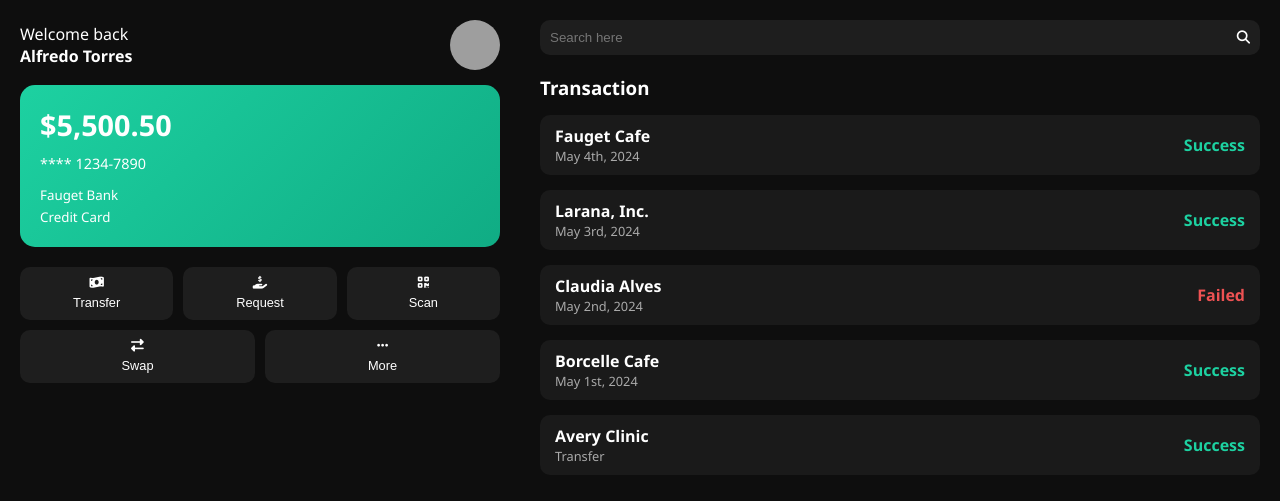
Repository: trenzyfx1/Wells-fargo-bank
Page: homepage.html
An editor plug-in stored every save of this project. The page is shown before and after the next save, followed by the edit.
The browser window is 1280 px wide. The pictures show the whole page.
Pictures or frames that could not be fetched are drawn as grey boxes. Some web libraries are served in a nearby version.

Above is the page before, as saved 2025-06-19 18:50:55.

After the next save:
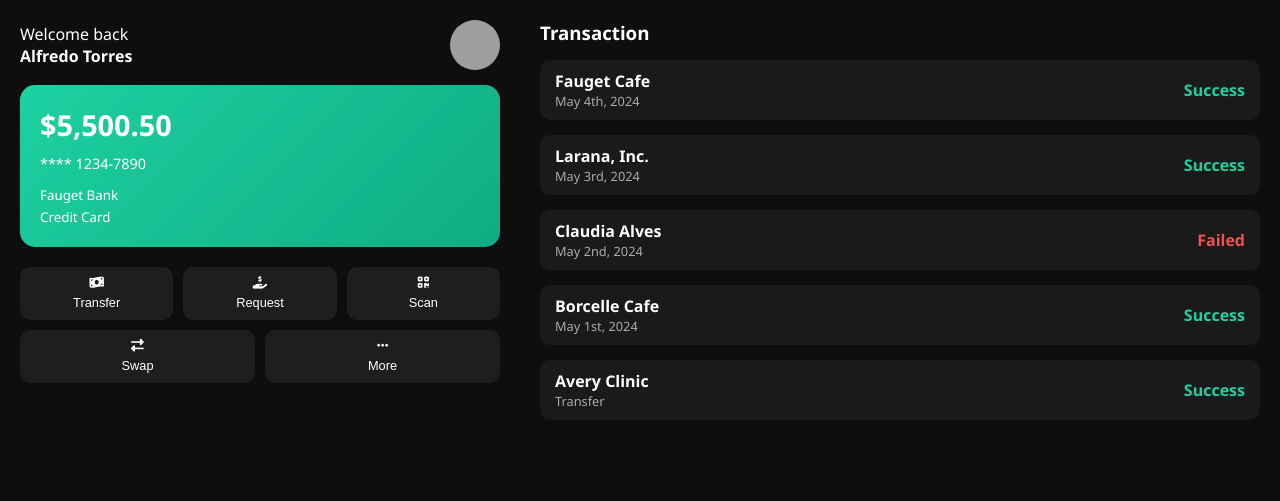
Saved 34 s later.
--- a/homepage.html
+++ b/homepage.html
@@ -35,10 +35,10 @@
 
         <!-- LEFT (Transactions) -->
         <div class="left-panel">
-            <div class="search-bar">
+            <!-- <div class="search-bar">
                 <input type="text" placeholder="Search here">
                 <button><i class="fas fa-search"></i></button>
-            </div>
+            </div> -->
 
             <div class="transactions">
                 <h3>Transaction</h3>
